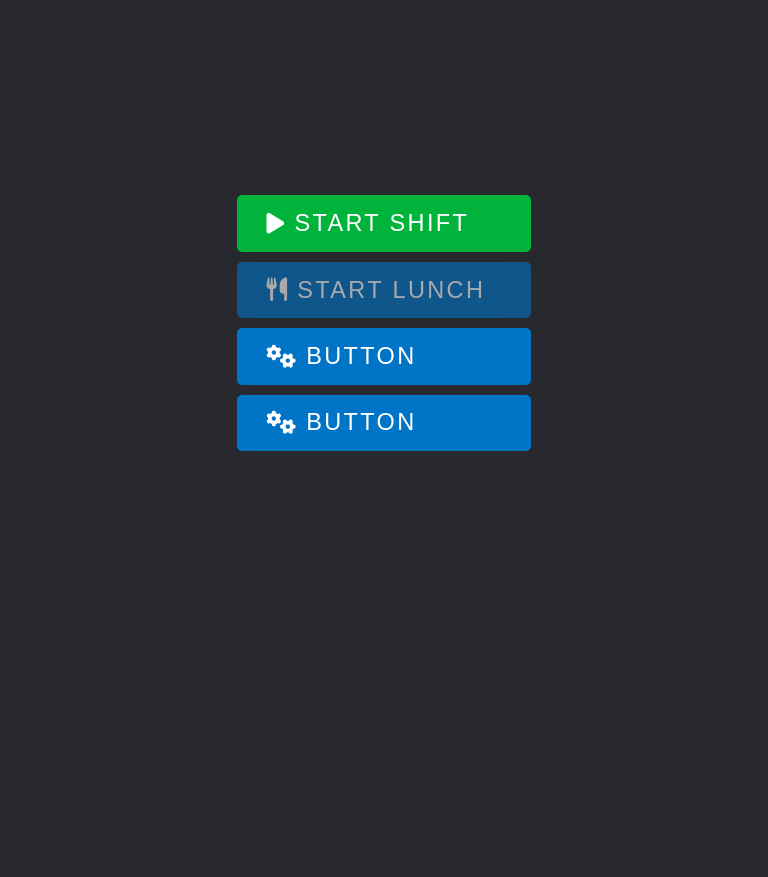
Repository: Philip-Rogers/button-state
Page: index.html
An editor plug-in stored every save of this project. The page is shown before and after the next save, followed by the edit.
The browser window is 768 px wide. The pictures show the whole page.

Above is the page before, as saved 2024-08-14 22:08:07.

After the next save:
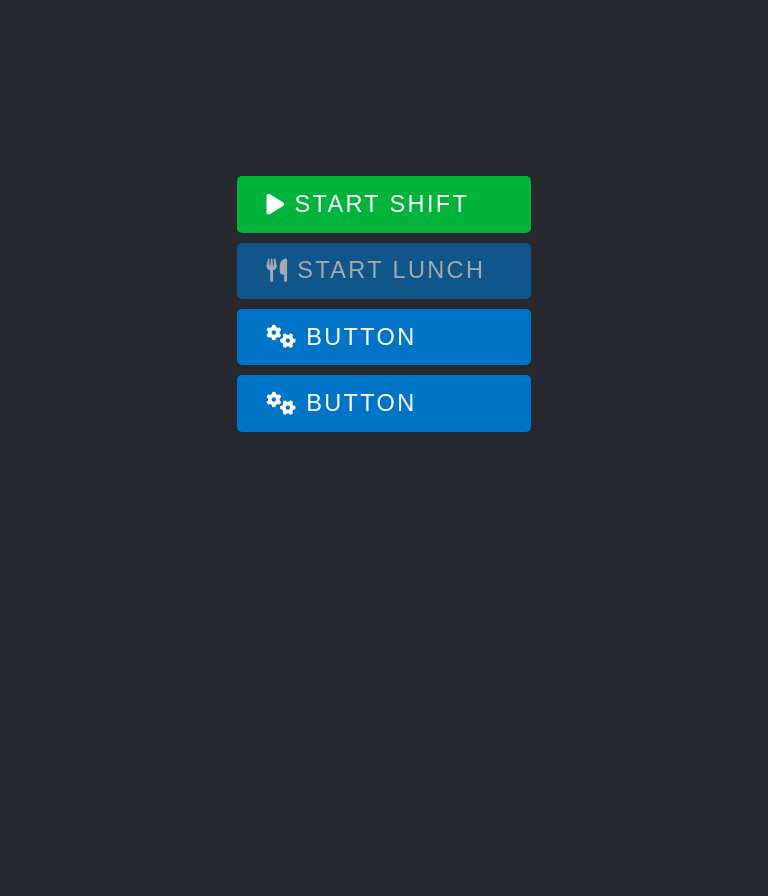
Saved 2 min 12 s later.
--- a/index.css
+++ b/index.css
@@ -108,7 +108,7 @@ button {
 
     .button-container {
         align-items: center;
-        padding-bottom: 20%;
+        padding-bottom: 25%;
         /* Increased to 20% bottom padding */
     }
 }
